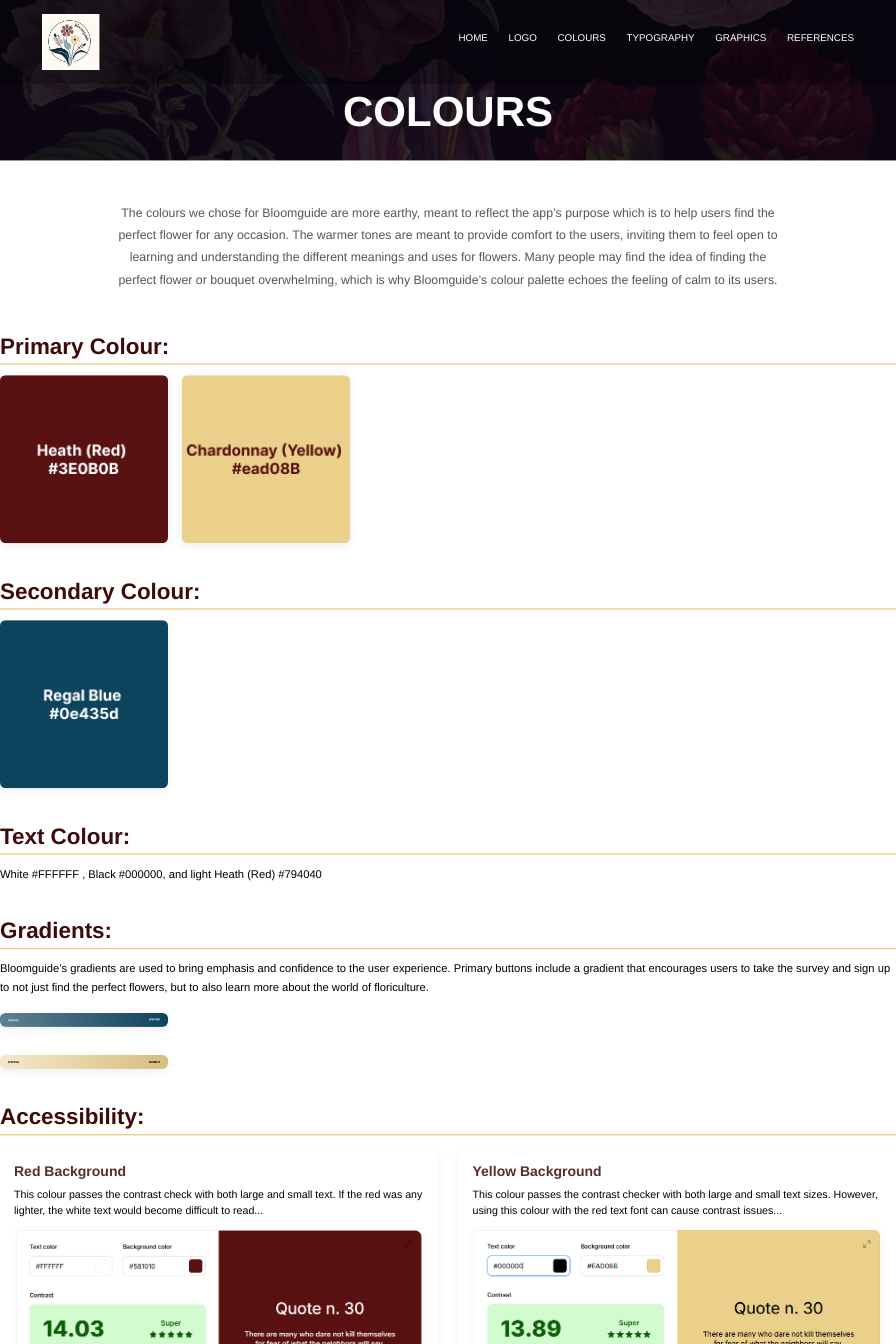
Repository: Emmalee06/styleguide-design2
Page: colours.html
These files come from the project's save history. The page is drawn as it stood at one moment and after the next save; the edit follows.
The browser window is 1280 px wide. The pictures show the part of the page from y = 0 to 1920 px (the page is 2575 px tall before and 2613 px after), at 70% of full size.

Above is the page before, as saved 2025-04-06 22:58:57.

### colours.html
<!DOCTYPE html>
<html lang="en">

<head>
    <meta charset="UTF-8" />
    <meta name="viewport" content="width=device-width, initial-scale=1.0" />
    <title>StyleGuide Design</title>
    <link rel="stylesheet" href="style.css" />
</head>

<body>
    <!-- Header with reduced height -->
    <section class="header small-header">
        <nav>
            <a href="index.html"><img src="images/logo.jpg" width="300" height="100" alt="Bloomguide logo" /></a>

            <div class="nav-links">
                <ul>
                    <li><a href="index.html">HOME</a></li>
                    <li><a href="logo.html">LOGO</a></li>
                    <li><a href="colours.html">COLOURS</a></li>
                    <li><a href="typography.html">TYPOGRAPHY</a></li>
                    <li><a href="graphics.html">GRAPHICS</a></li>
                    <li><a href="references.html">REFERENCES</a></li>
                </ul>
            </div>
        </nav>
        <h1>COLOURS</h1>
    </section>

    <!-- COLOUR CONTENT -->
    <section class="logo">
        <p>
            The colours we chose for Bloomguide are more earthy, meant to reflect the app’s purpose which is to help
            users find the perfect flower for any occasion. The warmer tones are meant to provide comfort to the users,
            inviting them to feel open to learning and understanding the different meanings and uses for flowers. Many
            people may find the idea of finding the perfect flower or bouquet overwhelming, which is why Bloomguide’s
            colour palette echoes the feeling of calm to its users.
        </p>
    </section>
    <section class="colours">
        <h1>Primary Colour:</h1>
        <div class="image-row">
            <img src="images/red.png" alt="Red" />
            <img src="images/yellow.png" alt="Chardonnay Yellow" />
        </div>

        <h1>Secondary Colour:</h1>
        <div class="image-row">
            <img src="images/blue.png" alt="Blue" />
        </div>

        <h1>Text Colour:</h1>
        <p>White #FFFFFF , Black #000000, and light Heath (Red) #794040</p>

        <h1>Gradients:</h1>
        <p>
            Bloomguide’s gradients are used to bring emphasis and confidence to the user experience. Primary buttons
            include a gradient that encourages
            users to take the survey and sign up to not just find the perfect flowers, but to also learn more about the
            world of floriculture.
        </p>

        <div class="image-row">
            <img src="images/blue gradient.png" alt="#" />
        </div>

        <div class="image-row">
            <img src="images/yellow gradient.png" alt="#" />
        </div>

        <h1>Accessibility:</h1>

        <div class="accessibility-grid">
            <div class="access-card">
                <h2>Red Background</h2>
                <p>This colour passes the contrast check with both large and small text. If the red was any lighter, the
                    white text would become difficult to read...</p>
                <img src="images/red-background.png" alt="#" />
            </div>

            <div class="access-card">
                <h2>Yellow Background</h2>
                <p>This colour passes the contrast checker with both large and small text sizes. However, using this
                    colour with the red text font can cause contrast issues...</p>
                <img src="images/yellow-background.png" alt="#" />
            </div>

            <div class="access-card">
                <h2>Blue Background</h2>
                <p>Although this color passes the test, the smaller text can be difficult to see if it is too small...
                </p>
                <img src="images/blue-background.png" alt="#" />
            </div>

            <div class="access-card">
                <h2>White Background</h2>
                <p>This colour passes the contrast test, however small text may cause some reading difficulty if the
                    text is too small...</p>
                <img src="images/white_background-red_text.png" alt="#" />
            </div>
        </div>
    </section>
</body>

</html>

### style.css
* {
    margin: 0;
    padding: 0;
    box-sizing: border-box;
    font-family: 'Helvetica Neue', sans-serif;
}

.header {
    min-height: 100vh;
    width: 100%;
    background-image: linear-gradient(rgba(4, 9, 30, 0.6), rgba(4, 9, 30, 0.6)), url(images/background.png);
    background-size: cover;
    background-position: center;
    position: relative;
}

/* Nav bar */
nav {
    width: 100%;
    background-color: rgba(0, 0, 0, 0.3);
    padding: 20px 60px;
    overflow: hidden;
}

/* Logo on the left */
nav a img {
    float: left;
    height: 80px;
    width: auto;
}

/* Nav links on the right */
.nav-links {
    float: right;
    margin-top: 25px;
}

.nav-links ul {
    list-style: none;
}

.nav-links ul li {
    display: inline-block;
    margin-left: 25px;
}

.nav-links ul li a {
    text-decoration: none;
    color: white;
    font-size: 14px;
    font-weight: 500;
    position: relative;
}

.nav-links ul li::after {
    content: '';
    display: block;
    height: 2px;
    width: 0;
    background: #fcb6b6;
    transition: 0.4s;
    margin-top: 4px;
}

.nav-links ul li:hover::after {
    width: 100%;
}

.nav-links ul li a:hover {
    color: #fcb6b6;
}

.text-box h1 {
    font-size: 60px;
}

.text-box h2 {
    font-size: 36px;
    margin: 15px 0;
}

/*Home Content*/
.text-box {
    position: absolute;
    top: 55%;
    left: 50%;
    transform: translate(-50%, -50%);
    text-align: center;
    color: #fff;
}

.credits-wrapper {
    display: block;
    margin-top: 30px;
}

/* credits left-aligned within a centered container */
.credits {
    display: block;
    text-align: left;
    margin: 0 auto 20px auto;
    width: fit-content;
}

.credits p {
    font-size: 18px;
    color: #d3dae0;
    margin: 6px 0;
}

/* button under credits */
.start-btn {
    text-align: center;
}

.hero-btn {
    display: inline-block;
    text-decoration: none;
    color: #fff;
    border: 1px solid #fff;
    padding: 12px 30px;
    font-size: 14px;
    transition: 0.4s;
}

.hero-btn:hover {
    background-color: #8f1a47;
    border-color: #8f1a47;
}

/* logo content*/

.logo {
    max-width: 1000px;
    margin: 60px auto;
    padding: 0 20px;
}

.logo h1 {
    font-size: 2.5rem;
    margin-bottom: 20px;
    color: #5a3f2f;
    text-align: center;
}

.logo p {
    font-size: 1.1rem;
    margin-bottom: 40px;
    color: #555;
    text-align: center;
    line-height: 1.8;
}

.row {
    display: grid;
    grid-template-columns: repeat(auto-fit, minmax(220px, 1fr));
    gap: 30px;
}

.logo-col h3 {
    margin-bottom: 15px;
    font-size: 1.2rem;
    color: #bc526c;
}

.logo-col img {
    max-width: 100%;
    height: auto;
    border-radius: 8px;
}

.logo-col {
    background-color: #fff;
    padding: 20px;
    border-radius: 12px;
    box-shadow: 0 2px 10px rgba(0, 0, 0, 0.05);
    text-align: center;
    transition: transform 0.3s ease, box-shadow 0.3s ease;
}

.logo-col:hover {
    transform: translateY(-10px);
    box-shadow: 0 12px 25px rgba(0, 0, 0, 0.1);
}

/* Make header shorter for this page */
.small-header {
    min-height: 10px;
}

/* 4 cards into one row */
.fixed-row {
    display: flex;
    justify-content: space-between;
    flex-wrap: nowrap;
    gap: 30px;
}

.logo h2 {
    font-size: 1.5rem;
    color: #771f35;
    margin: 30px 0 15px;
    text-align: center;
}

.header.small-header h1 {
    position: relative;
    top: 50%;
    left: 50%;
    transform: translate(-50%, -50%);
    color: #fff;
    font-size: 60px;
    text-align: center;
    font-weight: bold;
    margin-top: 40px;
}


/*COLOURS PAGE*/
/* --- Main Container --- */


/* --- Headings --- */
.colours h1 {
    font-size: 2rem;
    margin-top: 50px;
    margin-bottom: 15px;
    color: #3E0B0B;
    border-bottom: 2px solid #EAD08B;
    padding-bottom: 6px;
}

/* --- Paragraphs --- */
.colours p {
    font-size: 1rem;
    margin-bottom: 25px;
    line-height: 1.6;
}

/* --- Image Rows --- */
.image-row {
    display: flex;
    gap: 20px;
    margin-bottom: 40px;
    align-items: center;
}

/* --- Image Blocks --- */
.image-row img {
    width: 240px;
    height: auto;
    border-radius: 8px;
    box-shadow: 0 3px 12px rgba(0, 0, 0, 0.08);
    transition: transform 0.3s ease;
}

.image-row img:hover {
    transform: scale(1.03);
}

/* --- Accessibility Section --- */
.accessibility-grid {
    display: grid;
    grid-template-columns: repeat(2, 1fr);
    gap: 30px;
    margin-top: 20px;
}

/* --- Individual Accessibility Cards --- */
.access-card {
    background: #fff;
    border-radius: 10px;
    padding: 20px;
    box-shadow: 0 6px 16px rgba(0, 0, 0, 0.05);
}

.access-card h2 {
    font-size: 1.25rem;
    color: #5A2C2C;
    margin-bottom: 10px;
}

.access-card p {
    font-size: 0.95rem;
    line-height: 1.5;
    margin-bottom: 15px;
}

.access-card img {
    width: 100%;
    border-radius: 6px;
    box-shadow: 0 2px 8px rgba(0, 0, 0, 0.05);
}

After the next save:
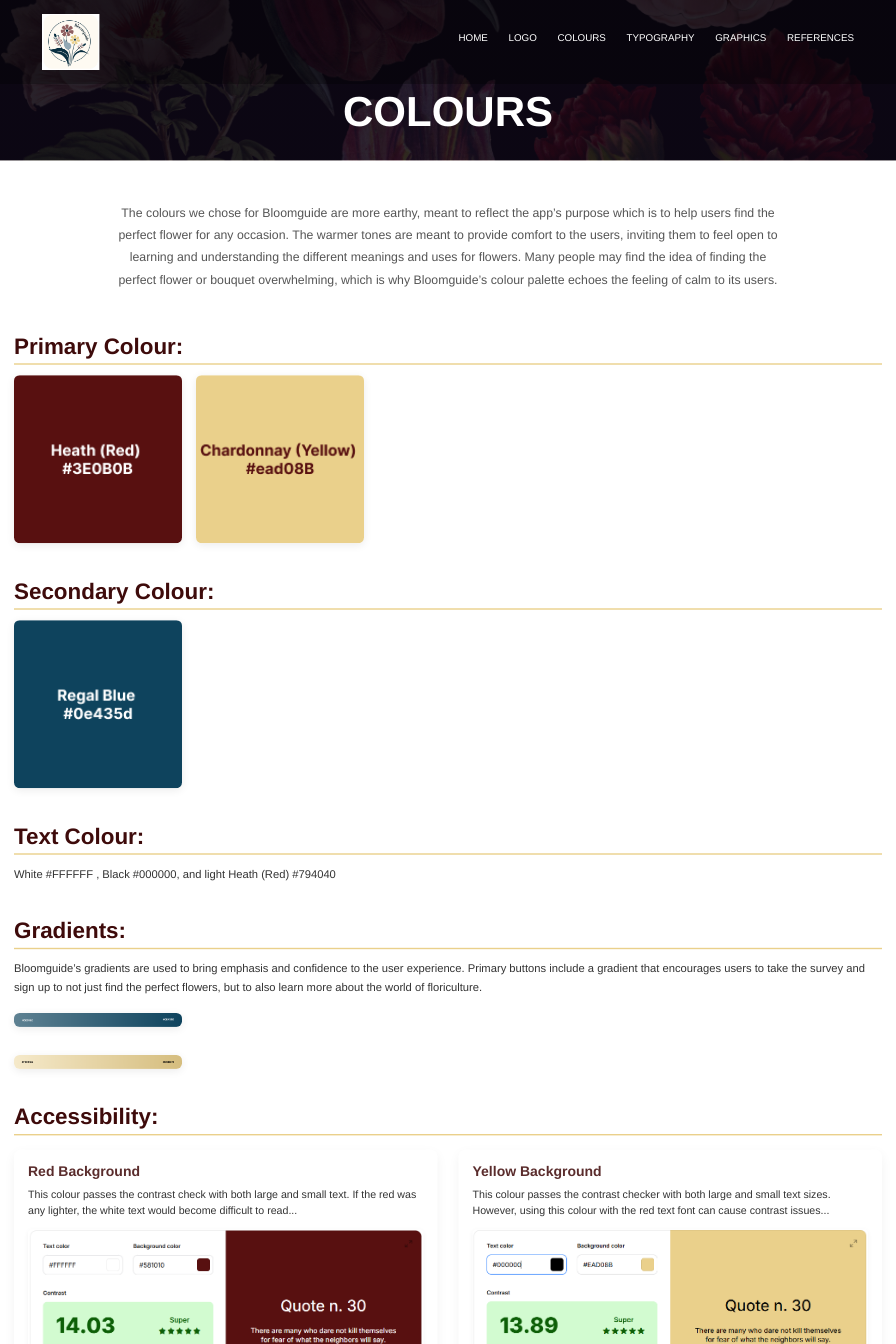
Saved 11 s later.
--- a/style.css
+++ b/style.css
@@ -218,7 +218,12 @@
 
 /*COLOURS PAGE*/
 /* --- Main Container --- */
-
+.colours {
+
+    margin: 60px auto;
+    padding: 0 20px;
+    color: #333;
+}
 
 /* --- Headings --- */
 .colours h1 {
